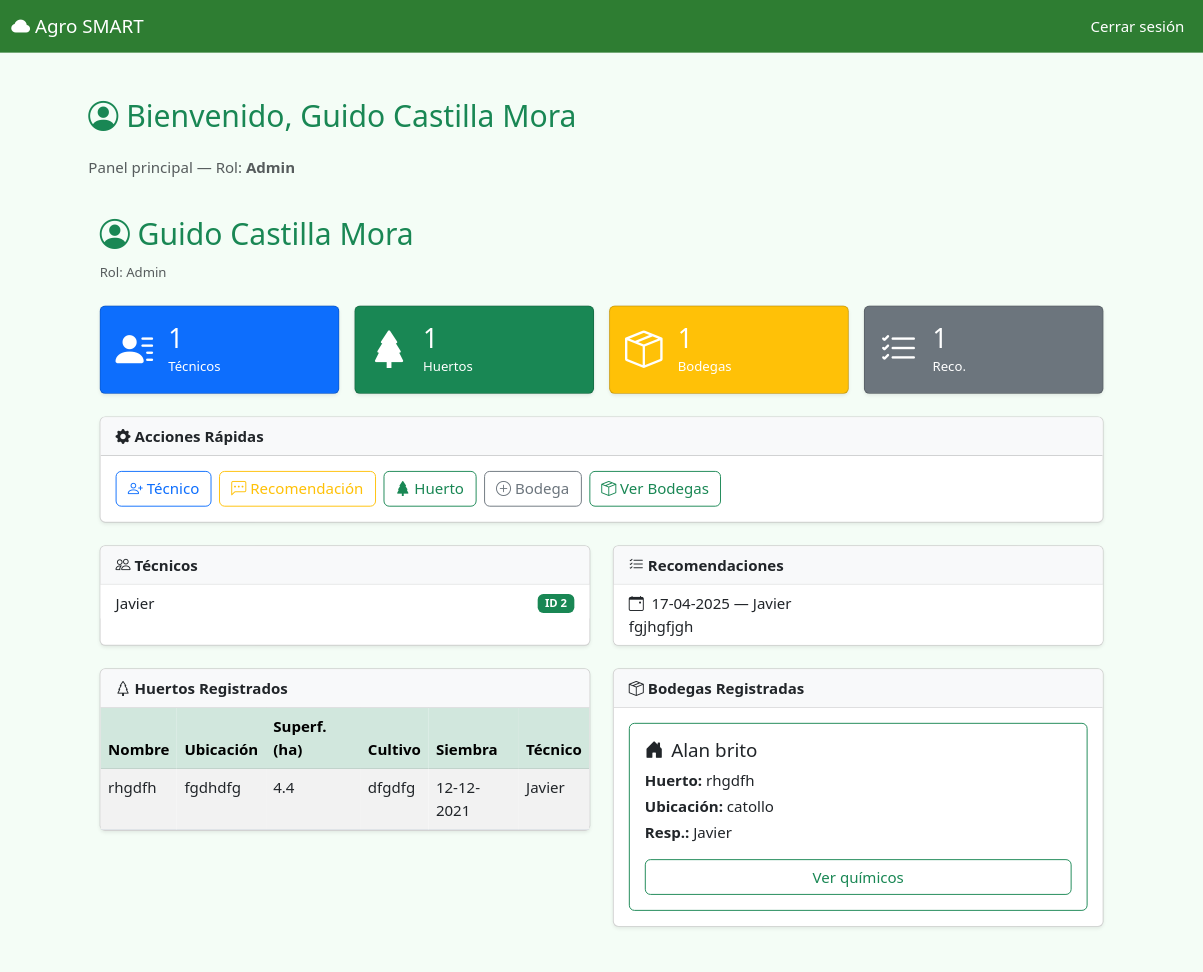
Repository: eikos4/Agrodeskv3
Page: http://localhost/admin/dashboard
An editor plug-in stored every save of this project. The page is shown before and after the next save, followed by the edit.
The browser window is 1280 px wide. The pictures show the whole page, at 94% of full size.
The page is served by the project's application, run on Flask 3 (app/__init__.py). The user the application loads for id 1 is signed in. The page reads the database file committed with the project.

Above is the page before, as saved 2025-04-16 23:37:42.

After the next save:
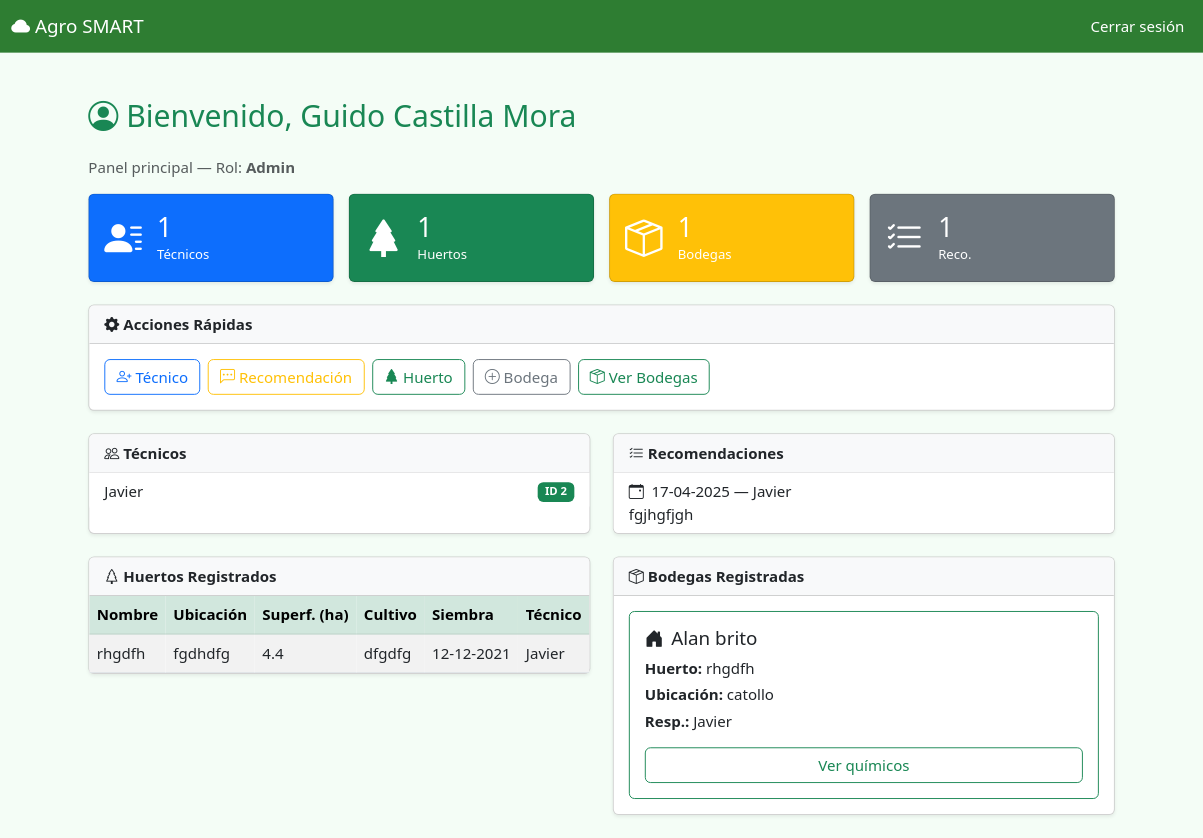
Saved 27 s later.
--- a/app/templates/admin/admin_dashboard.html
+++ b/app/templates/admin/admin_dashboard.html
@@ -23,22 +23,7 @@
     </ul>
   </div>
   {% endif %}
-<div class="container py-4">
-  <!-- Encabezado con usuario y notificaciones -->
-  <div class="d-flex justify-content-between align-items-center mb-4">
-    <div>
-      <h2 class="text-success"><i class="bi bi-person-circle"></i> {{ current_user.name }}</h2>
-      <small class="text-muted">Rol: {{ current_user.role|capitalize }}</small>
-    </div>
-    {% if notificaciones %}
-    <a href="#" class="btn btn-light position-relative">
-      <i class="bi bi-bell-fill fs-4 text-success"></i>
-      <span class="position-absolute top-0 start-100 translate-middle badge rounded-pill bg-danger">
-        {{ notificaciones|length }}
-      </span>
-    </a>
-    {% endif %}
-  </div>
+
 
   {% if current_user.role == 'admin' %}
   <!-- Estadísticas generales -->
